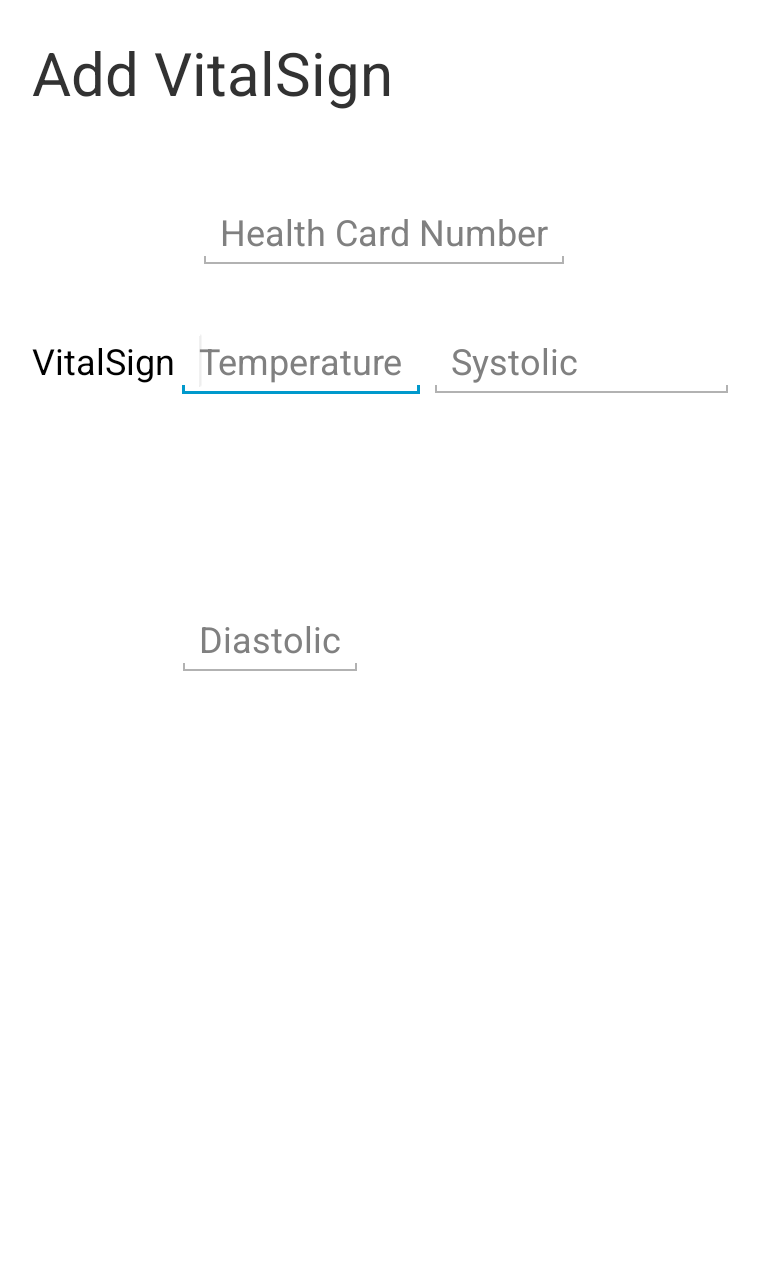
Repository: wangyuan0915/ER
Layout: workspace2/phase3/res/layout/activity_add_vital_sign.xml
The author's editor kept a copy of each file at every save. The layout is drawn from the files as they stood at one save, then again after the next save.
It is drawn on a 768 x 1280 px phone screen (xhdpi) without system bars, with theme AppTheme; the app's code is not run.

Above is the layout before, as saved 2013-11-24 06:22:01.

### workspace2/phase3/res/layout/activity_add_vital_sign.xml
<RelativeLayout xmlns:android="http://schemas.android.com/apk/res/android"
    xmlns:tools="http://schemas.android.com/tools"
    android:layout_width="match_parent"
    android:layout_height="match_parent"
    android:paddingBottom="@dimen/activity_vertical_margin"
    android:paddingLeft="@dimen/activity_horizontal_margin"
    android:paddingRight="@dimen/activity_horizontal_margin"
    android:paddingTop="@dimen/activity_vertical_margin"
    tools:context=".AddVitalSignActivity" >

    <TextView
        android:id="@+id/addvitalsign"
        android:layout_width="wrap_content"
        android:layout_height="wrap_content"
        android:layout_alignParentLeft="true"
        android:layout_alignParentTop="true"
        android:textSize="30sp"
        android:text="@string/Add_VitalSign" />

    <EditText
        android:id="@+id/healthcardnum"
        android:layout_width="wrap_content"
        android:layout_height="wrap_content"
        android:layout_below="@+id/addvitalsign"
        android:layout_centerHorizontal="true"
        android:layout_marginTop="40dp"
        android:hint="@string/Health_Card_Number"
        android:textAppearance="?android:attr/textAppearanceMedium" />

    <TextView
        android:id="@+id/VitalSign"
        android:layout_width="wrap_content"
        android:layout_height="wrap_content"
        android:layout_alignLeft="@+id/addvitalsign"
        android:layout_below="@+id/healthcardnum"
        android:layout_marginTop="32dp"
        android:text="@string/VitalSign"
        android:textAppearance="?android:attr/textAppearanceMedium" />

    <EditText
        android:id="@+id/temperature"
        android:layout_width="wrap_content"
        android:layout_height="wrap_content"
        android:layout_alignBaseline="@+id/VitalSign"
        android:layout_alignBottom="@+id/VitalSign"
        android:layout_toRightOf="@+id/VitalSign"
        android:hint="@string/Temperature"
        android:inputType="numberDecimal"
        android:textAppearance="?android:attr/textAppearanceMedium" >

        <requestFocus />
    </EditText>

    <EditText
        android:id="@+id/systolic"
        android:layout_width="wrap_content"
        android:layout_height="wrap_content"
        android:layout_alignBaseline="@+id/temperature"
        android:layout_alignBottom="@+id/temperature"
        android:layout_toRightOf="@+id/temperature"
        android:ems="10"
        android:hint="@string/Systolic"
        android:textAppearance="?android:attr/textAppearanceMedium" />

    <EditText
        android:id="@+id/diastolic"
        android:layout_width="wrap_content"
        android:layout_height="wrap_content"
        android:layout_alignLeft="@+id/temperature"
        android:layout_centerVertical="true"
        android:hint="@string/Diastolic"
        android:textAppearance="?android:attr/textAppearanceMedium" />

</RelativeLayout>

### workspace2/phase3/res/values/strings.xml
<?xml version="1.0" encoding="utf-8"?>
<resources>

    <string name="app_name">phase3</string>
    <string name="action_settings">Settings</string>
    <string name="hello_world">Hello world!</string>
    <string name="Login">Login</string>
    <string name="username">username</string>
    <string name="password">password</string>
    <string name="Nurse">Nurse</string>
    <string name="Physician">Physician</string>
    <string name="login">login</string>
    <string name="title_activity_choice">ChoiceActivity</string>
    <string name="title_activity_physician__choice">Physician_ChoiceActivity</string>
    <string name="Hello">Hello</string>
    <string name="Add_a_new_patient">Add a new patient</string>
    <string name="Add_VitalSign">Add VitalSign</string>
    <string name="title_activity_new_patient">NewPatientActivity</string>
    <string name="title_activity_add_vital_sign">AddVitalSignActivity</string>
    <string name="New_Patient">New Patient</string>
    <string name="patient_name">patient\'s name</string>
    <string name="Health_Card_Number">Health Card Number</string>
    <string name="Birthday">Birthday</string>
    <string name="Year">Year</string>
    <string name="Month">Month</string>
    <string name="Day">Day</string>
    <string name="Date">Date</string>
    <string name="Time">Time</string>
    <string name="Hour">Hour</string>
    <string name="Minute">Minute</string>
    <string name="Submit">Submit</string>
    <string name="VitalSign">VitalSign</string>
    <string name="Temperature">Temperature</string>
    <string name="Systolic">Systolic</string>
    <string name="Diastolic">Diastolic</string>

</resources>

Loaded but not shown: workspace2/phase3/res/values/styles.xml (common file); workspace2/phase3/res/values-v11/styles.xml (common file); workspace2/phase3/res/values-v14/styles.xml (common file); workspace2/phase3/res/values/dimens.xml (common file)

After the next save:
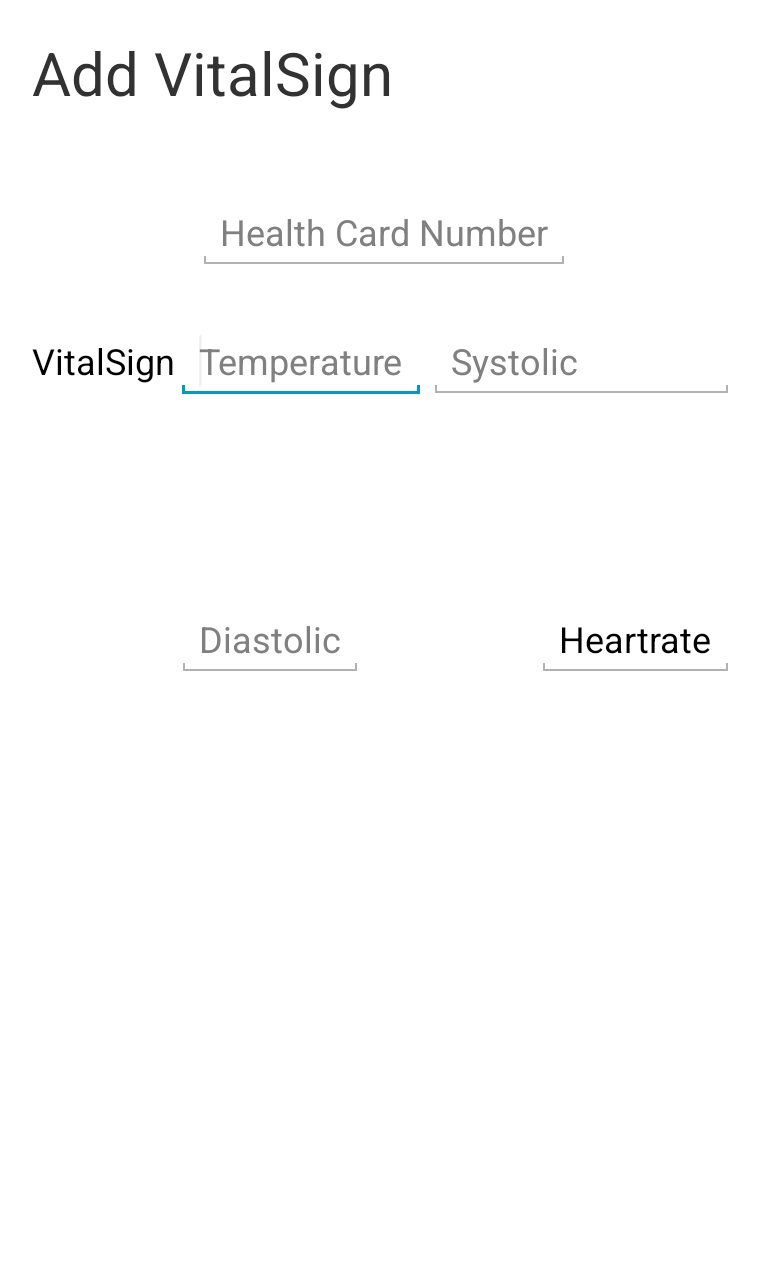
Saved 63 s later.
--- a/workspace2/phase3/res/layout/activity_add_vital_sign.xml
+++ b/workspace2/phase3/res/layout/activity_add_vital_sign.xml
@@ -71,4 +71,13 @@
         android:hint="@string/Diastolic"
         android:textAppearance="?android:attr/textAppearanceMedium" />
 
+    <EditText
+        android:id="@+id/heartrate"
+        android:layout_width="wrap_content"
+        android:layout_height="wrap_content"
+        android:layout_alignRight="@+id/systolic"
+        android:layout_centerVertical="true"
+        android:text="Heartrate"
+        android:textAppearance="?android:attr/textAppearanceMedium" />
+
 </RelativeLayout>
